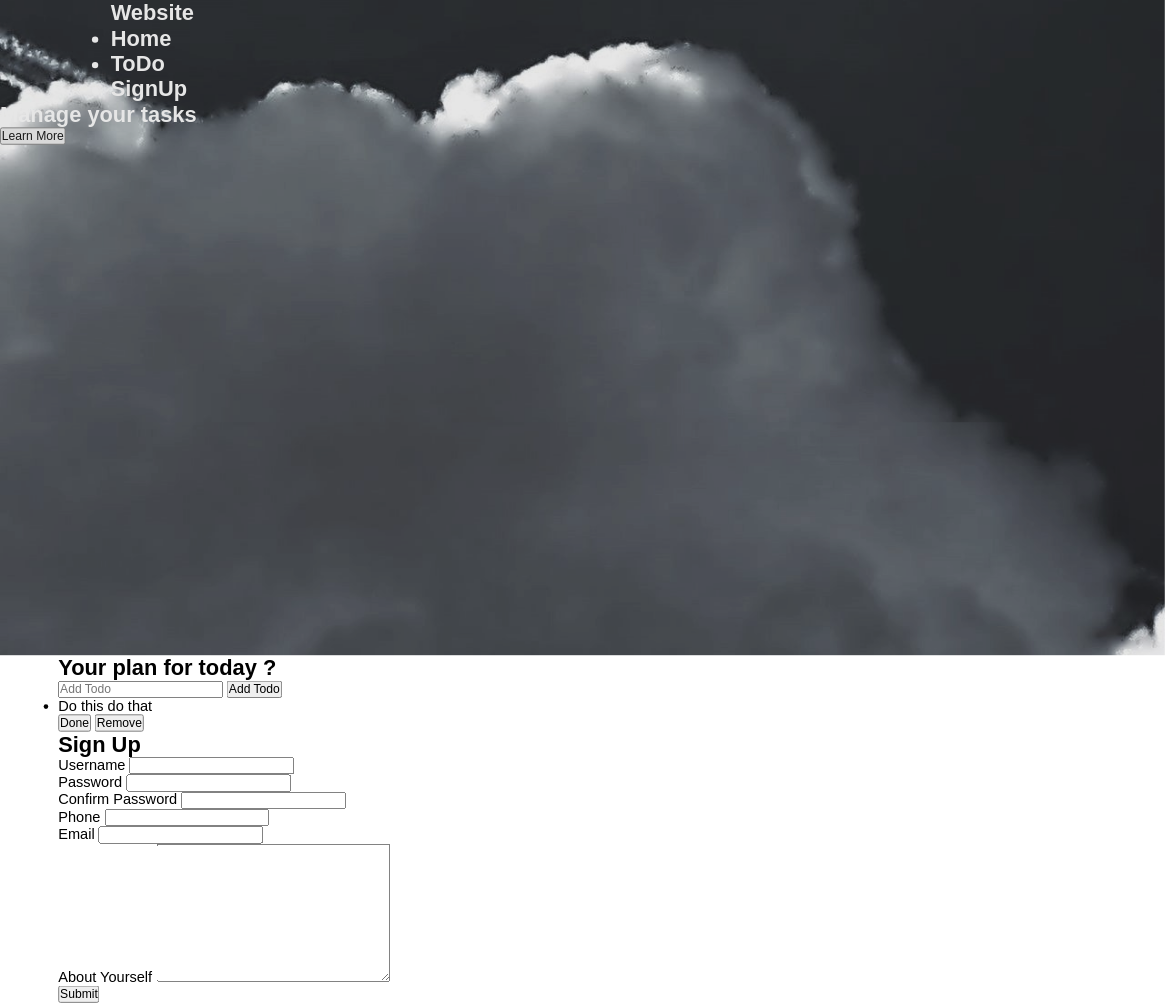
Repository: codewithfaizan/JavaScriptSelf
Page: 27.08.2022/index.html
An editor plug-in stored every save of this project. The page is shown before and after a run of saves, followed by the edit.
The browser window is 1280 px wide. The pictures show the whole page, at 91% of full size.

Above is the page before, as saved 2022-08-27 16:57:18.

### 27.08.2022/index.html
<!-- Creating html page -->
<!DOCTYPE html>
<html lang="en">
<head>
    <meta charset="UTF-8">
    <meta http-equiv="X-UA-Compatible" content="IE=edge">
    <meta name="viewport" content="width=device-width, initial-scale=1.0">
    <title>Website</title>
    <link rel="stylesheet" href="style.css">
</head>
<body>
    <header class="header">
        <nav class="nav container">
            <div class="container">
                <h1 class="logo">Website</h1class>
                <ul>
                    <li><a href="#">Home</a></li>
                    <li><a href="#">ToDo</a></li>
                    <li><a href="#">SignUp</a></li>
                </ul>
            </div>
        </nav>
        <div class="headline">
            <h2 id="main-heading">
              Manage your tasks <span style="display: none">Hello</span>
            </h2>
            <button class="btn btn-headline">Learn More</button>
          </div>
    </header>
    <section class="section-todo container">
        <h2>Your plan for today ?</h2>

        <form class="form-todo">
          <input type="text" name="" id="" placeholder="Add Todo" />
          <input type="submit" value="Add Todo" class="btn" />
        </form>

        <ul class="todo-list">
            <li>
              <span class="text">Do this do that</span>
              <div class="todo-buttons">
                <button class="todo-btn done">Done</button>
                <button class="todo-btn remove">Remove</button>
              </div>
            </li>
          </ul>
        </section>

        <section class="section-signup container">
            <h2>Sign Up</h2>
            <form class="signup-form">
              <div class="form-group">
                <label for="username">Username</label>
                <input type="text" name="username" id="username" />
              </div>
              <div class="form-group">
                <label for="password">Password</label>
                <input type="password" name="password" id="password" />
              </div>
              <div class="form-group">
                <label for="confirmPassword">Confirm Password</label>
                <input type="password" name="confirmPassword" id="confirmPassword" />
              </div>
              <div class="form-group">
                <label for="phone">Phone</label>
                <input type="text" name="phone" id="phone" />
              </div>
              <div class="form-group">
                <label for="email">Email</label>
                <input type="email" name="email" id="email" />
              </div>
              <div class="form-group">
                <label for="about">About Yourself</label>
                <textarea name="about" id="about" cols="30" rows="10"></textarea>
              </div>
              <button type="submit" class="btn signup-btn">Submit</button>
            </form>
          </section>
</body>
</html>

### 27.08.2022/style.css
*{
    box-sizing: border-box;
    padding:0;
    margin: 0;
}

body {
    font-family:Arial, Helvetica, sans-serif;
}

a{
    text-decoration: none;
    color:white
}
.header{
   min-height: 100vh;  /* <--!vh means viewport height--> */
    background-image: url(./pexels-sevenstorm-juhaszimrus-1302330.jpg);
    filter:brightness(40%);
    filter:contrast(80%);
    /* drop-shadow(h-shadow v-shadow) */
    background-position: center;
    background-repeat: no-repeat;
    color: white;
}

.container{
    max-width: 1200px;
    margin: auto;
    width: 90%;
}

.nav{
    min-height: 8vh;
    display: flex;
    justify-content: space-between;
}

After the next 3 saves:
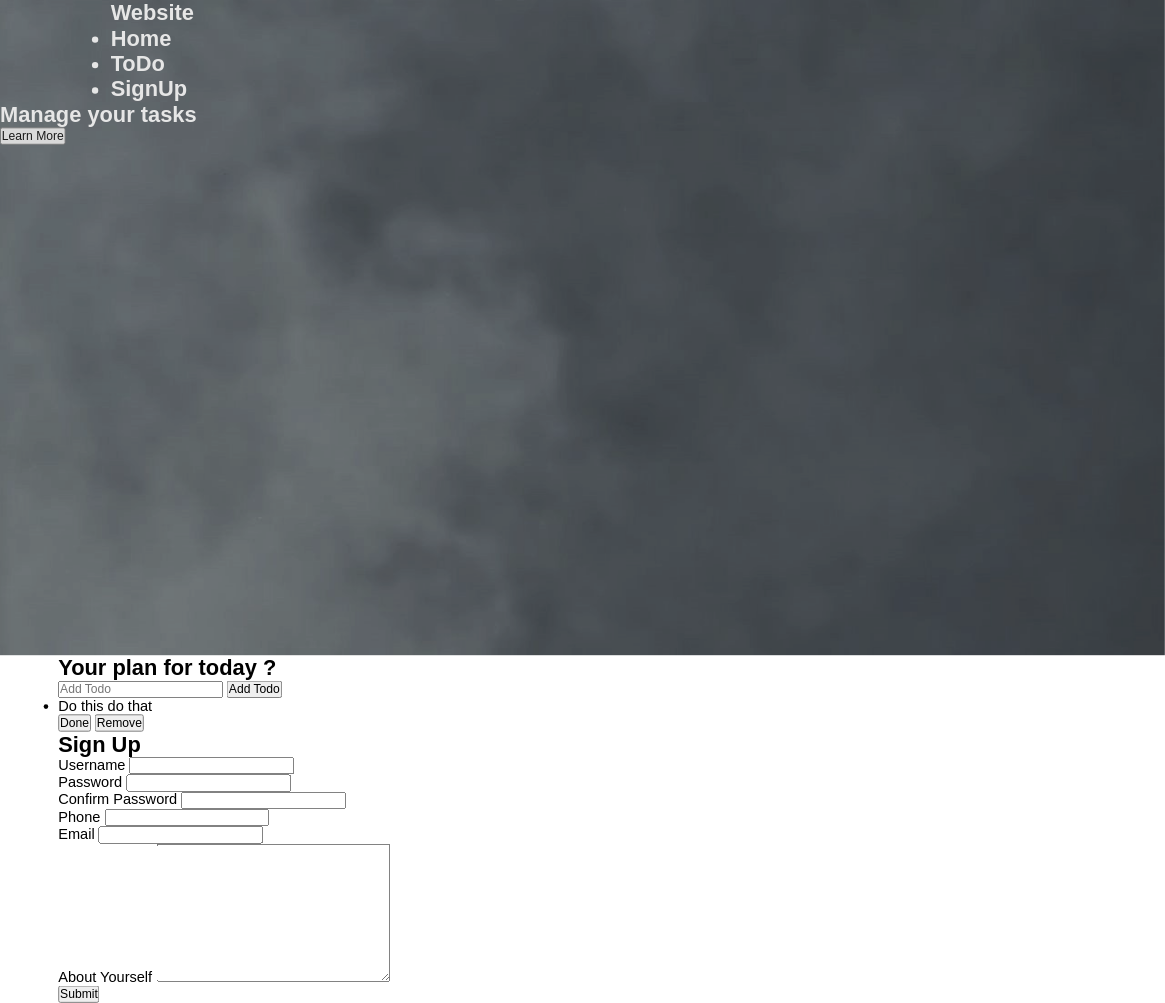
The 3 saves are shown as one change because they came seconds apart.
The last was saved 24 s later.
--- a/27.08.2022/style.css
+++ b/27.08.2022/style.css
@@ -18,7 +18,7 @@
     filter:brightness(40%);
     filter:contrast(80%);
     /* drop-shadow(h-shadow v-shadow) */
-    background-position: center;
+    /* background-position: center; */
     background-repeat: no-repeat;
     color: white;
 }

After the save that followed:
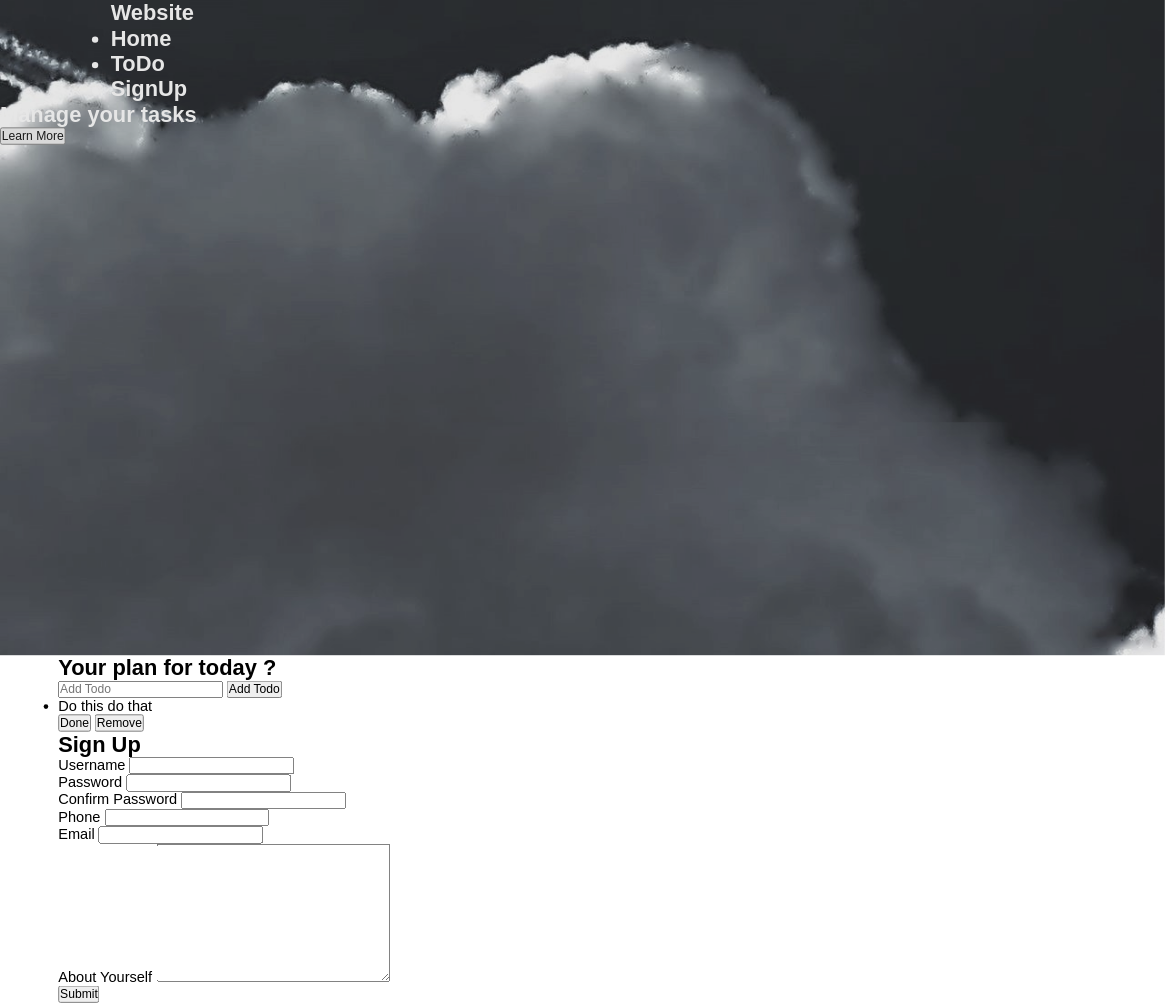
Saved 18 s later.
--- a/27.08.2022/style.css
+++ b/27.08.2022/style.css
@@ -18,7 +18,7 @@
     filter:brightness(40%);
     filter:contrast(80%);
     /* drop-shadow(h-shadow v-shadow) */
-    /* background-position: center; */
+    background-position: center;
     background-repeat: no-repeat;
     color: white;
 }
